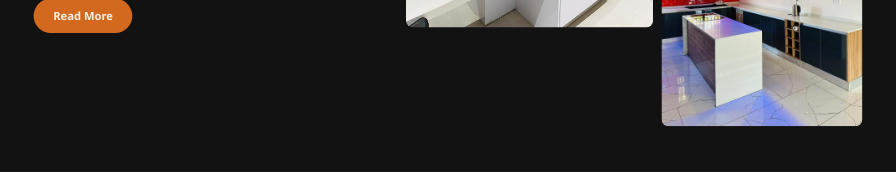
Repository: VallowEvido/Mark-SonsProjects
Page: home.html
An editor plug-in stored every save of this project. The page is shown before and after a run of saves, followed by the edit.
The browser window is 1280 px wide. The pictures show the part of the page from y = 1565 to 3485 px (the page is 1810 px tall before and 6500 px after), at 70% of full size.

Above is the page before, as saved 2025-07-17 15:09:17.

### home.html
<!DOCTYPE html>
<html lang="en">
<head>
  <meta charset="UTF-8" />
  <meta name="viewport" content="width=device-width, initial-scale=1" />
  <title>Home Interior - Carpentry</title>
  <link rel="stylesheet" href="styles.css" />
  <link rel="stylesheet" href="https://cdnjs.cloudflare.com/ajax/libs/font-awesome/6.4.0/css/all.min.css" />
</head>
<body>
  <nav>
    <div class="logo">Mark&Sons Projects</div>
    <ul>
      <li><a href="#" class="active">Home</a></li>
      <li><a href="#">About</a></li>
      <li><a href="#">Services</a></li>
      <li><a href="#">Projects</a></li>
      <li><a href="#">Blog</a></li>
      <li><a href="#">Contact</a></li>
    </ul>
  </nav>

  <section class="hero">
    <div class="hero-content">
      <h1>Good Design for Stylish Living.<br />Make your home Modern.</h1>
      <p>We provide quality carpentry and interior design services to make your home beautiful and functional.</p>
      <a href="#services" class="btn">Our Services</a>
    </div>
  </section>

  <section id="services" class="services">
    <div class="service-card">
      <div class="service-icon"><i class="fas fa-pencil-alt"></i></div>
      <h3>Custom furniture</h3>
      <p>Handcrafted furniture tailored to your style and needs.</p>
    </div>
    <div class="service-card">
      <div class="service-icon"><i class="fas fa-paint-roller"></i></div>
      <h3>Home Renovations</h3>
      <p>Expert carpentry for remodeling and home improvement projects.</p>
    </div>
    <div class="service-card">
      <div class="service-icon"><i class="fas fa-bed"></i></div>
      <h3>Wood Repairs</h3>
      <p>Restoring and repairing wooden structures with precision.</p>
    </div>
  </section>

  <section class="why-us">
    <div class="why-us-content">
      <h5>WHY US</h5>
      <h2>We Offer You Professional Designs</h2>
      <p>Whether it's a home renovation, custom furniture, or structural framing, we approach every job with the same commitment to detail and customer satisfaction. Your vision is our blueprint — and we build with care, every step of the way.</p>
      <a href="#" class="btn btn-pink">Read More</a>
    </div>
    <div class="why-us-images">
      <div class="large-image">
        <img src="images/kitchen/IMG-20241116-WA0012.jpg" alt="Interior Design 1" />
      </div>
      <div class="small-images">
        <img src="images/kitchen/IMG-20241116-WA0014.jpg" alt="Interior Design 2" />
        <img src="images/kitchen/IMG-20241116-WA0015.jpg" alt="Interior Design 3" />
      </div>
    </div>
  </section>
</body>
</html>

### styles.css
/* General Reset and Base */
* {
  margin: 0;
  padding: 0;
  box-sizing: border-box;
  font-family: 'Segoe UI', Tahoma, Geneva, Verdana, sans-serif;
}

body {
  background-color: #1e1e1e; /* Dark background */
  color: #f5f1e9; /* Light beige text */
  line-height: 1.6;
}

/* Navigation Bar */
nav {
  background-color: #2c2a29; /* Dark charcoal */
  display: flex;
  justify-content: space-between;
  align-items: center;
  padding: 1rem 3rem;
  position: sticky;
  top: 0;
  z-index: 1000;
}

nav .logo {
  font-size: 1.8rem;
  font-weight: bold;
  color: #d2691e; /* Warm brown */
  letter-spacing: 1px;
}

nav ul {
  list-style: none;
  display: flex;
  gap: 2rem;
}

nav ul li a {
  color: #f5f1e9;
  text-decoration: none;
  font-weight: 600;
  transition: color 0.3s ease;
}

nav ul li a:hover,
nav ul li a.active {
  color: #d2691e; /* Warm brown highlight */
}

/* Hero Section */
.hero {
  background: url('images/kitchen/kich.jpg') no-repeat center center/cover;
  height: 80vh;
  display: flex;
  flex-direction: column;
  justify-content: center;
  align-items: center;
  text-align: center;
  padding: 0 2rem;
  position: relative;
}

.hero::after {
  content: "";
  position: absolute;
  top: 0; left: 0; right: 0; bottom: 0;
  background-color: rgba(44, 42, 41, 0.7); /* Overlay for readability */
  z-index: 1;
}

.hero-content {
  position: relative;
  z-index: 2;
  color: #f5f1e9;
  max-width: 700px;
}

.hero-content h1 {
  font-size: 3rem;
  margin-bottom: 1rem;
  font-weight: 700;
}

.hero-content p {
  font-size: 1.3rem;
  margin-bottom: 2rem;
}

.hero-content .btn {
  background-color: #d2691e;
  color: #f5f1e9;
  padding: 0.75rem 2rem;
  border: none;
  border-radius: 25px;
  font-size: 1rem;
  cursor: pointer;
  font-weight: 600;
  transition: background-color 0.3s ease;
  text-decoration: none;
  display: inline-block;
}

.hero-content .btn:hover {
  background-color: #b35414;
}

/* Services Section */
.services {
  background-color: #2c2a29;
  padding: 4rem 2rem;
  display: flex;
  justify-content: center;
  gap: 2rem;
  flex-wrap: wrap;
}

.service-card {
  background-color: #3a3735;
  padding: 2rem;
  border-radius: 10px;
  width: 280px;
  text-align: center;
  box-shadow: 0 4px 8px rgba(0,0,0,0.3);
  transition: transform 0.3s ease;
}

.service-card:hover {
  transform: translateY(-10px);
}

.service-icon {
  font-size: 2.5rem;
  color: #d2691e;
  margin-bottom: 1rem;
}

.service-card h3 {
  margin-bottom: 1rem;
  font-size: 1.25rem;
  font-weight: 700;
}

.service-card p {
  font-size: 0.95rem;
  margin-bottom: 1.5rem;
  color: #ccc6bb;
}

.service-card a {
  color: #d2691e;
  font-weight: 600;
  text-decoration: none;
  border-bottom: 2px solid transparent;
  transition: border-color 0.3s ease;
}

.service-card a:hover {
  border-color: #d2691e;
}

/* Responsive */
@media (max-width: 900px) {
  .services {
    flex-direction: column;
    align-items: center;
  }
  .service-card {
    width: 90%;
    max-width: 400px;
  }
}

/* WHY US Section */
.why-us {
  background-color: #121212;
  color: #f5f1e9;
  display: flex;
  justify-content: space-between;
  align-items: center;
  padding: 4rem 3rem;
  gap: 2rem;
  flex-wrap: wrap;
}

.why-us-content {
  flex: 1 1 400px;
  max-width: 500px;
}

.why-us-content h5 {
  color: #d2691e;
  font-weight: 700;
  letter-spacing: 2px;
  margin-bottom: 1rem;
  font-size: 1rem;
}

.why-us-content h2 {
  font-size: 2rem;
  margin-bottom: 1.5rem;
  font-weight: 700;
}

.why-us-content p {
  font-size: 1rem;
  margin-bottom: 2rem;
  color: #ccc6bb;
  line-height: 1.5;
}

.why-us-content .btn-pink {
  background-color: #d2691e;
  padding: 0.75rem 1.75rem;
  border-radius: 25px;
  color: #f5f1e9;
  font-weight: 600;
  text-decoration: none;
  display: inline-block;
  transition: background-color 0.3s ease;
}

.why-us-content .btn-pink:hover {
  background-color: #b35414;
}

.why-us-images {
  flex: 1 1 300px;
  display: flex;
  gap: 0.75rem;
  flex-wrap: wrap;
  justify-content: center;
}

.large-image {
  flex: 1 1 50%;
  border-radius: 10px;
  overflow: hidden;
}

.large-image img {
  width: 100%;
  height: auto;
  display: block;
  border-radius: 10px;
}

.small-images {
  flex: 1 1 40%;
  display: flex;
  flex-direction: column;
  gap: 0.75rem;
}

.small-images img {
  width: 100%;
  height: auto;
  border-radius: 10px;
  display: block;
}

/* Responsive */
@media (max-width: 900px) {
  .why-us {
    flex-direction: column;
    padding: 2rem 1rem;
  }
  .why-us-content, .why-us-images {
    max-width: 100%;
    flex: 1 1 100%;
  }
  .large-image, .small-images {
    flex: 1 1 100%;
  }
  .small-images {
    flex-direction: row;
  }
  .small-images img {
    width: 50%;
  }
}

After the next 4 saves:
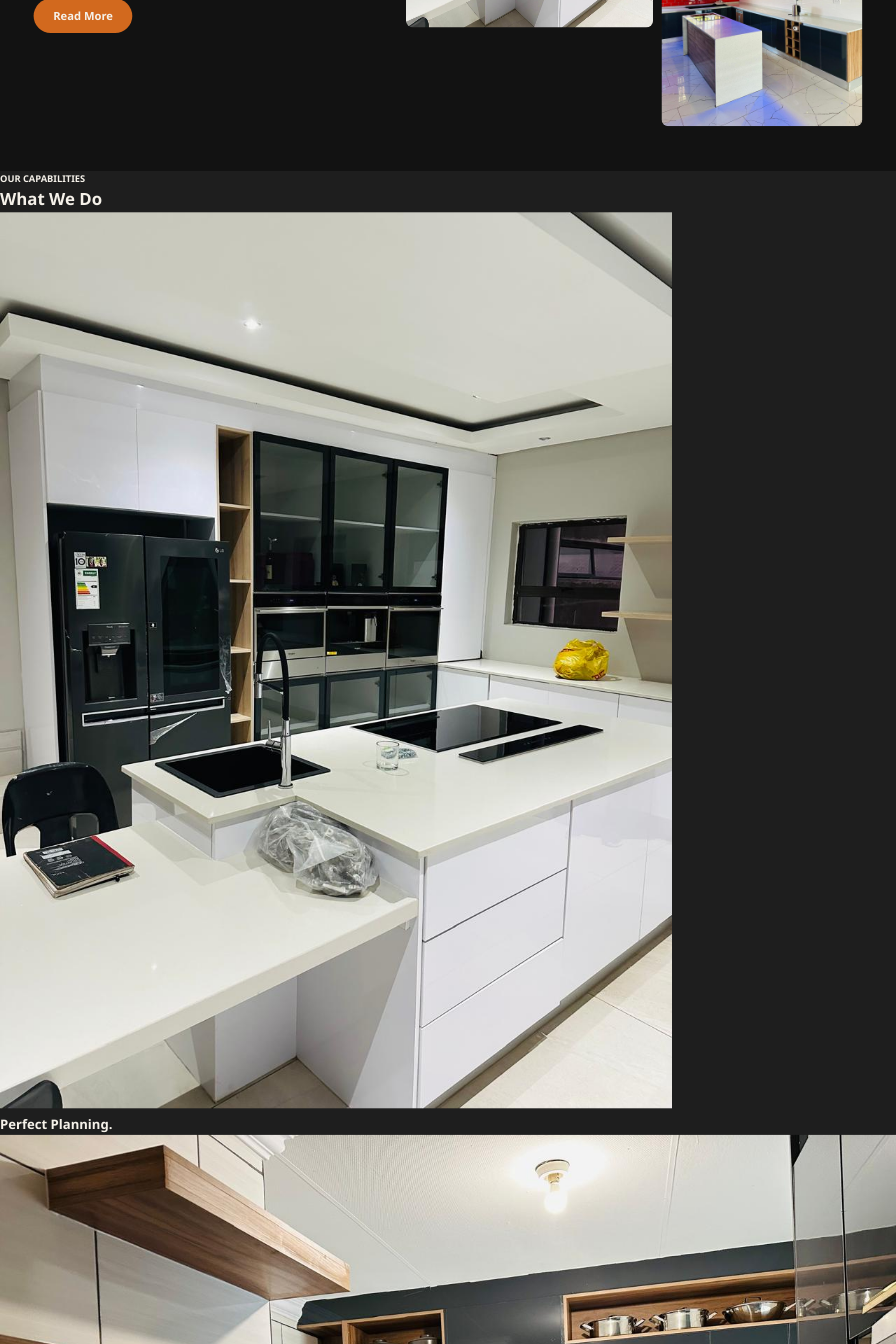
The 4 saves are shown as one change because they came seconds apart.
The last was saved 52 min 8 s later.
--- a/home.html
+++ b/home.html
@@ -63,5 +63,30 @@
       </div>
     </div>
   </section>
+
+  <section class="capabilities">
+    <div class="capabilities-header">
+      <h5>OUR CAPABILITIES</h5>
+      <h2>What We Do</h2>
+    </div>
+    <div class="capabilities-cards">
+      <div class="capability-card">
+        <img src="images/kitchen/IMG-20241116-WA0012.jpg" alt="Perfect Planning" />
+        <h3>Perfect Planning.</h3>
+      </div>
+      <div class="capability-card">
+        <img src="images/kitchen/IMG-20241116-WA0014.jpg" alt="Perfect Design" />
+        <h3>Perfect Design.</h3>
+      </div>
+      <div class="capability-card">
+        <img src="images/kitchen/IMG-20241116-WA0015.jpg" alt="Best Interior" />
+        <h3>Best Interior.</h3>
+      </div>
+      <div class="capability-card">
+        <img src="images/kitchen/IMG-20241116-WA0016.jpg" alt="Furniture Design" />
+        <h3>Furniture Design.</h3>
+      </div>
+    </div>
+  </section>
 </body>
 </html>
